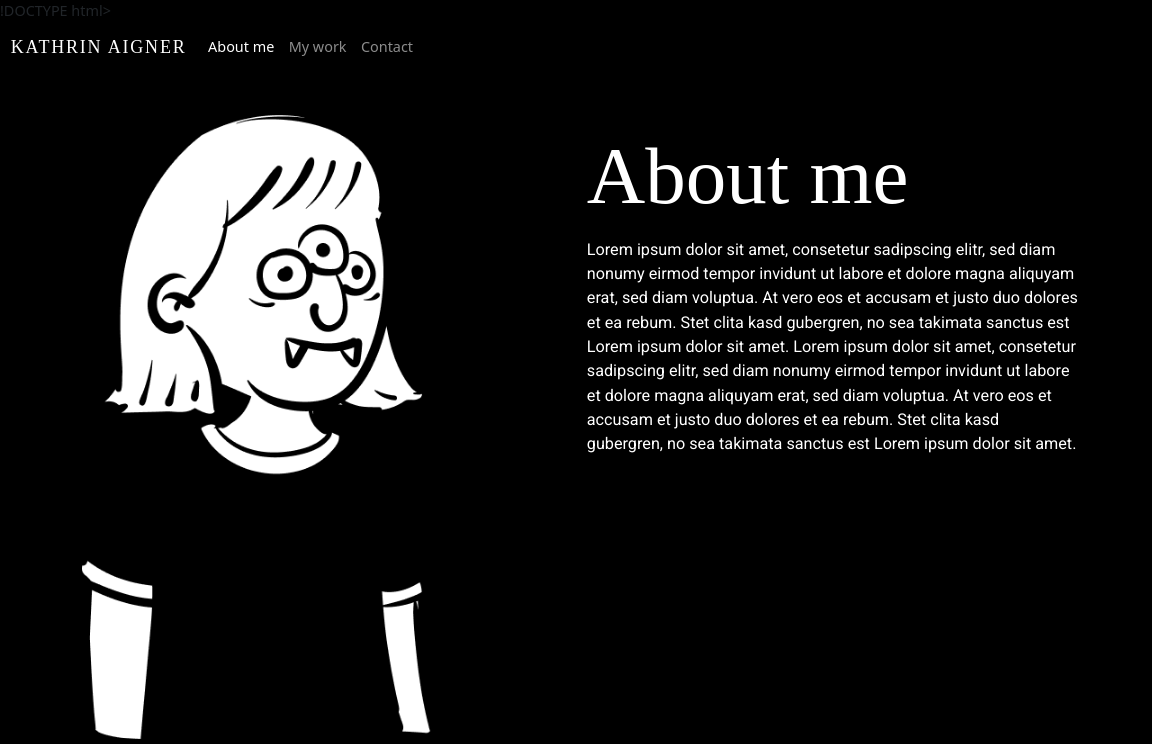
Repository: kathrin-aigner/Portfolio-2022
Page: about.html
The author's editor kept a copy of each file at every save. The page is drawn from the files as they stood at one save, then again after the next save.
The browser window is 1280 px wide. The pictures show the whole page, at 90% of full size.
Some web fonts or font styles are not loaded; a fallback is used. Some web libraries are served in a nearby version.

Above is the page before, as saved 2022-03-28 11:16:52.

After the next save:
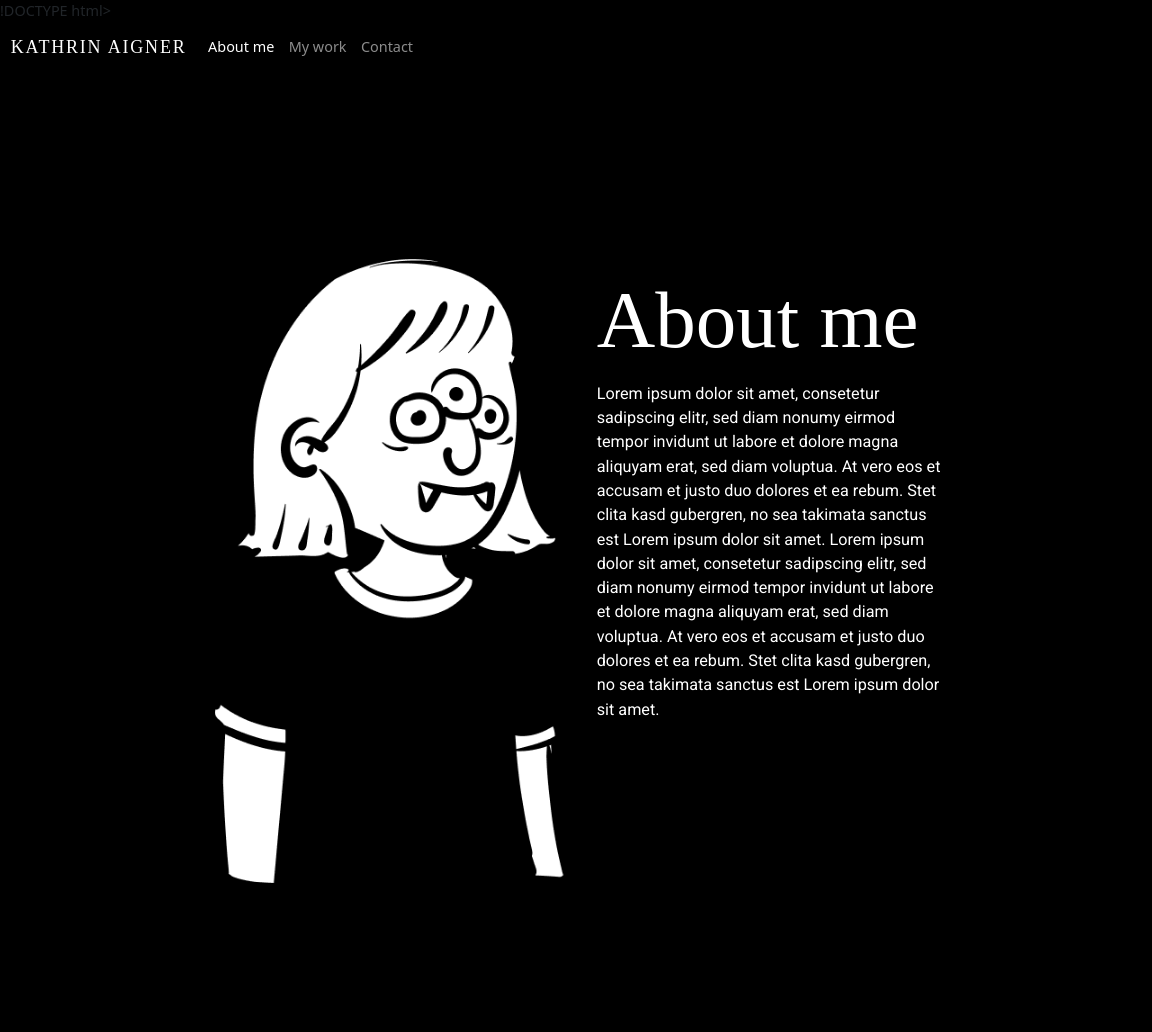
Saved 42 s later.
--- a/css/styles.css
+++ b/css/styles.css
@@ -7,6 +7,10 @@
 
 body {
   background-color: var(--secondary-color);
+}
+
+.container {
+  padding: 160px;
 }
 .herosection {
   text-align: center;

After the 3 saves that followed:
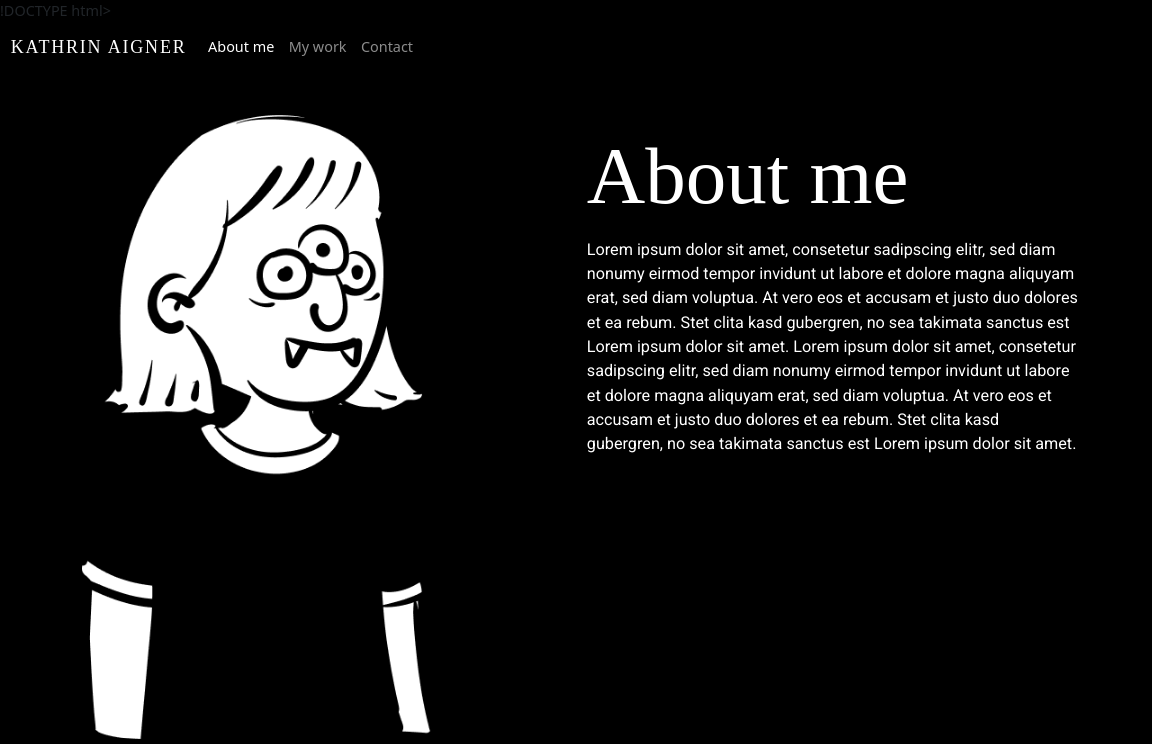
The 3 saves are shown as one change because 2 left the picture as it was.
The last was saved 41 s later.
--- a/css/styles.css
+++ b/css/styles.css
@@ -9,9 +9,6 @@
   background-color: var(--secondary-color);
 }
 
-.container {
-  padding: 160px;
-}
 .herosection {
   text-align: center;
   padding: 160px 0;
